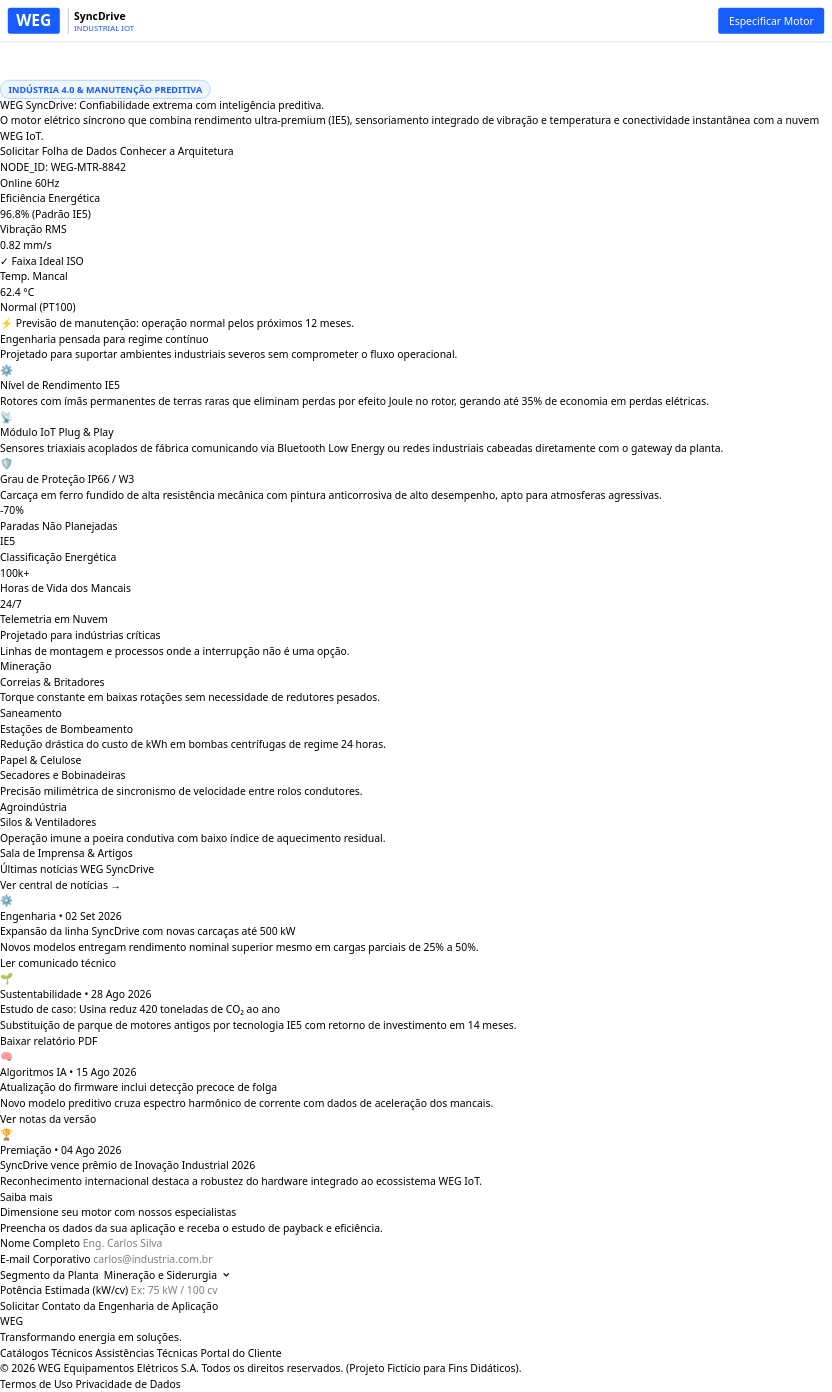
Repository: camilewng/Exercicio-Tailwind
Page: index.html
These files come from the project's save history. The page is drawn as it stood at one moment and after the next save; the edit follows.
The browser window is 1280 px wide. The pictures show the whole page, at 65% of full size.

Above is the page before, as saved 2026-09-08 19:10:19.

After the next save:
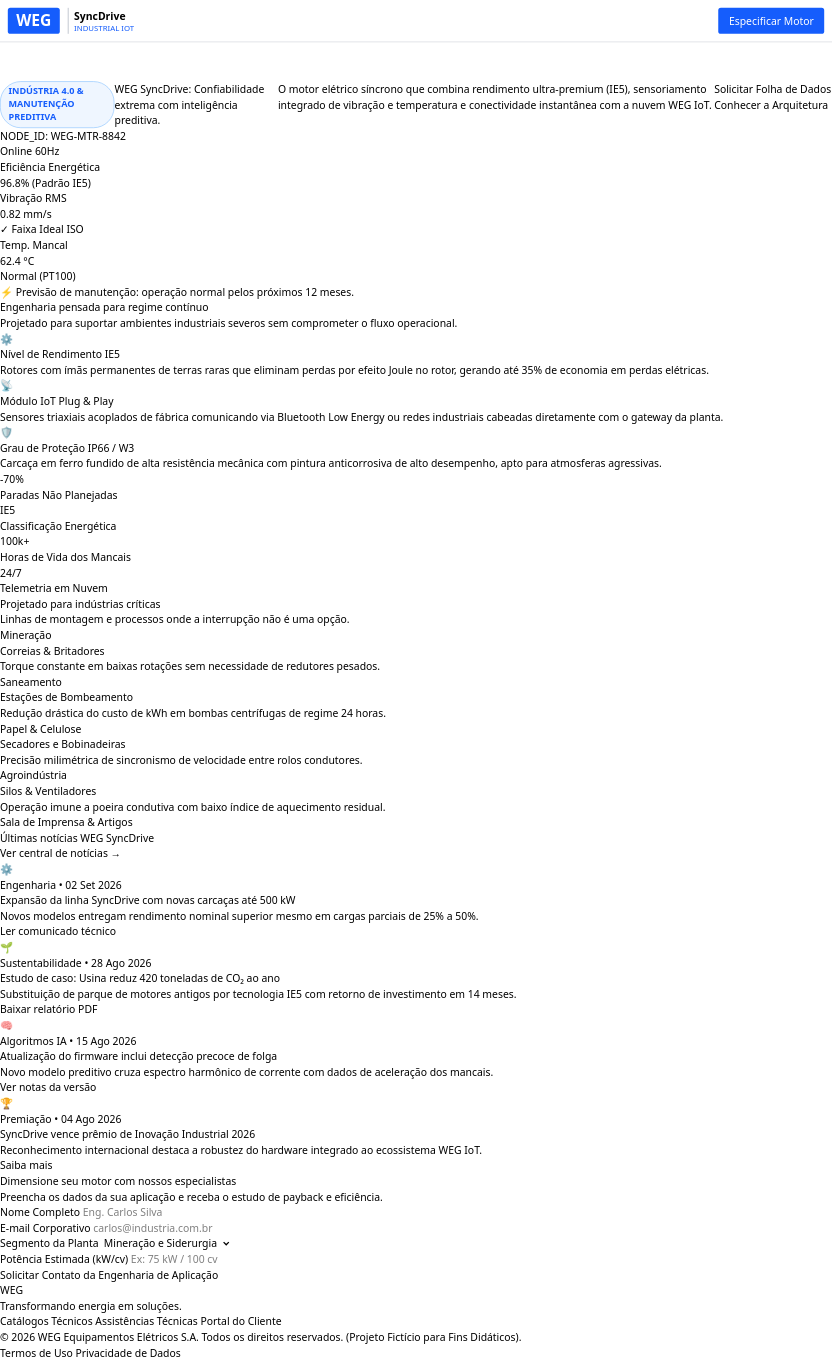
Saved 5 s later.
--- a/index.html
+++ b/index.html
@@ -57,7 +57,7 @@
         <div>
 
           <!-- Coluna 1: Conteúdo Textual -->
-          <divflex>
+          <div class="flex">
             <span class="bg-blue-50 border border-blue-300 uppercase text-sm text-blue-600
                          font-semibold p-1 px-3 rounded-4xl">
               Indústria 4.0 & Manutenção Preditiva

After the 2 saves that followed:
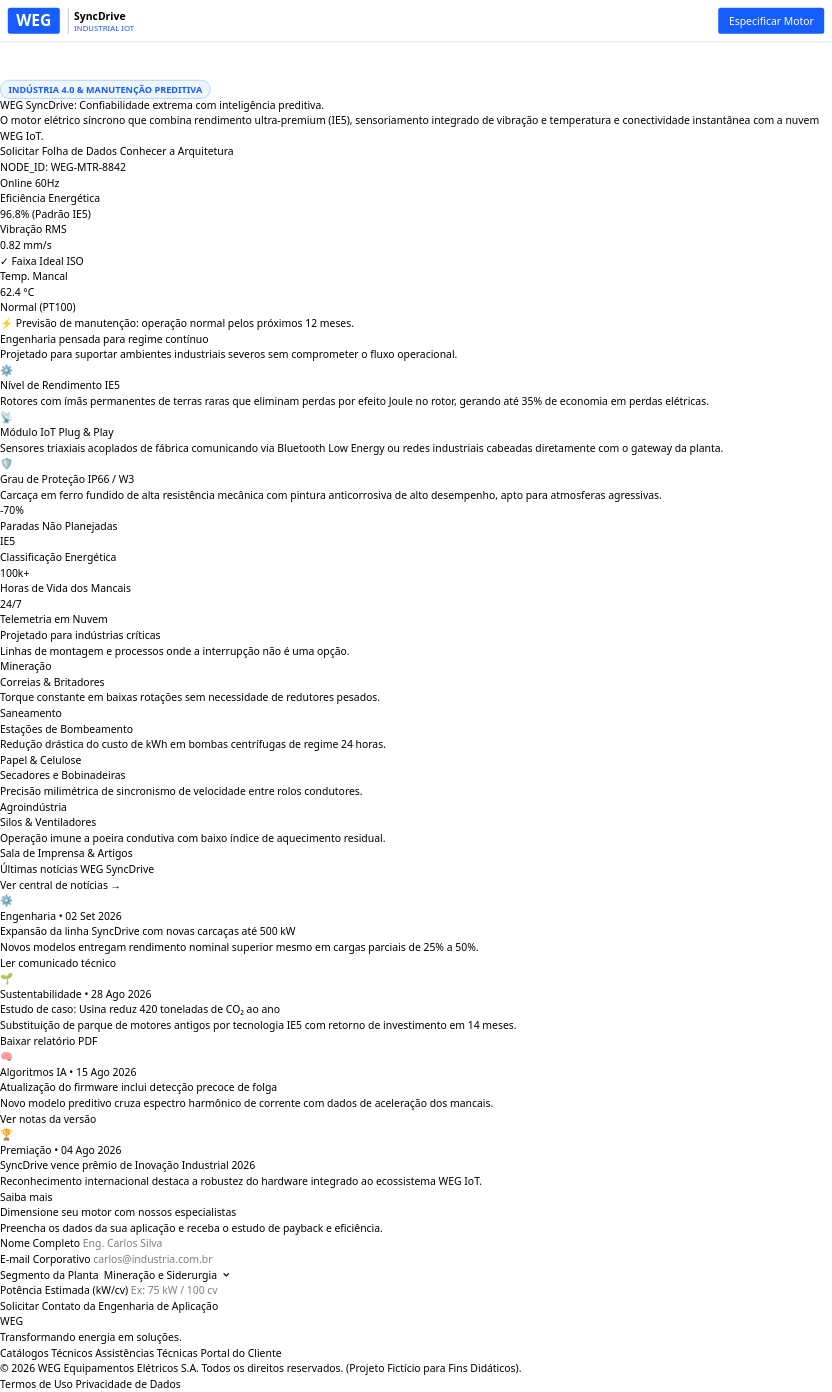
The 2 saves are shown as one change because they came seconds apart.
The last was saved 7 s later.
--- a/index.html
+++ b/index.html
@@ -57,7 +57,7 @@
         <div>
 
           <!-- Coluna 1: Conteúdo Textual -->
-          <div class="flex">
+          <div >
             <span class="bg-blue-50 border border-blue-300 uppercase text-sm text-blue-600
                          font-semibold p-1 px-3 rounded-4xl">
               Indústria 4.0 & Manutenção Preditiva
